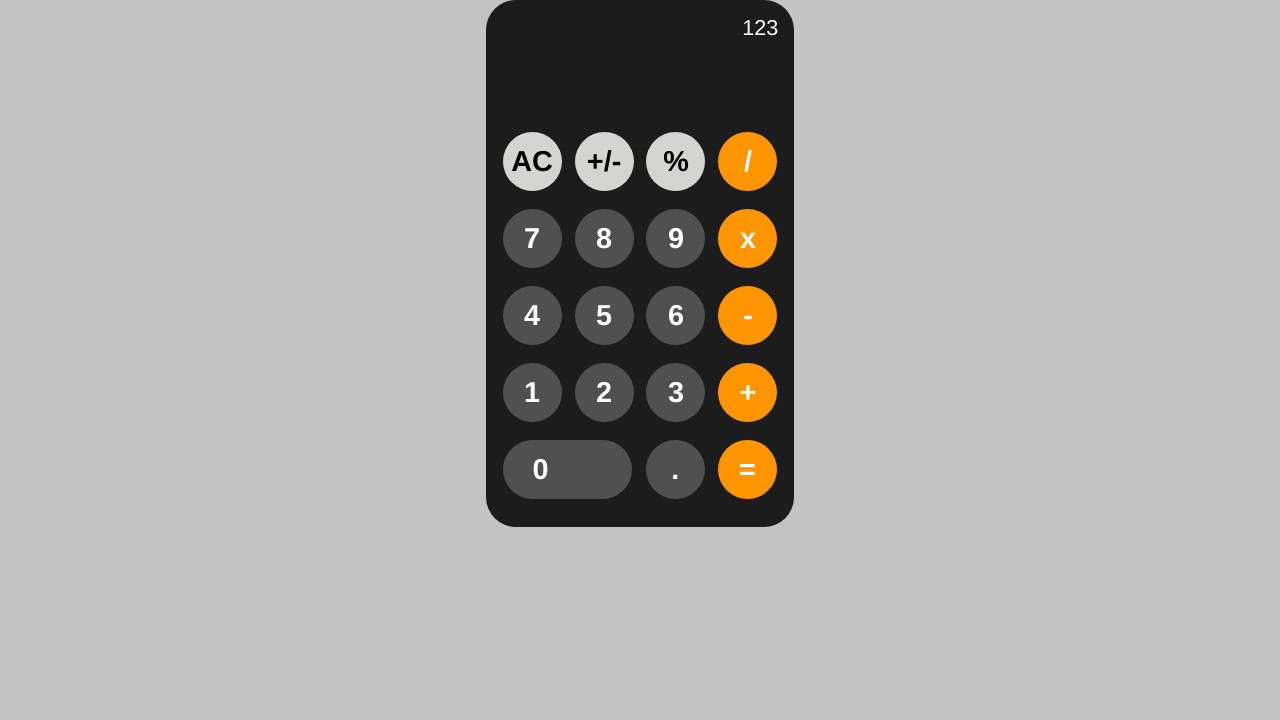
Repository: raulpenate/Calculadora-VUE3
Page: /
These files come from the project's save history. The page is drawn as it stood at one moment and after a run of saves; the edit follows.
The browser window is 1280 px wide. The pictures show the whole page.
The project was rebuilt for these pictures with package versions that can differ from the ones it lists, and the page was loaded fresh each time. Also part of the build but not shown: src/components/HelloWorld.vue.

Above is the page before, as saved 2022-03-11 11:28:54.

After the next 2 saves:
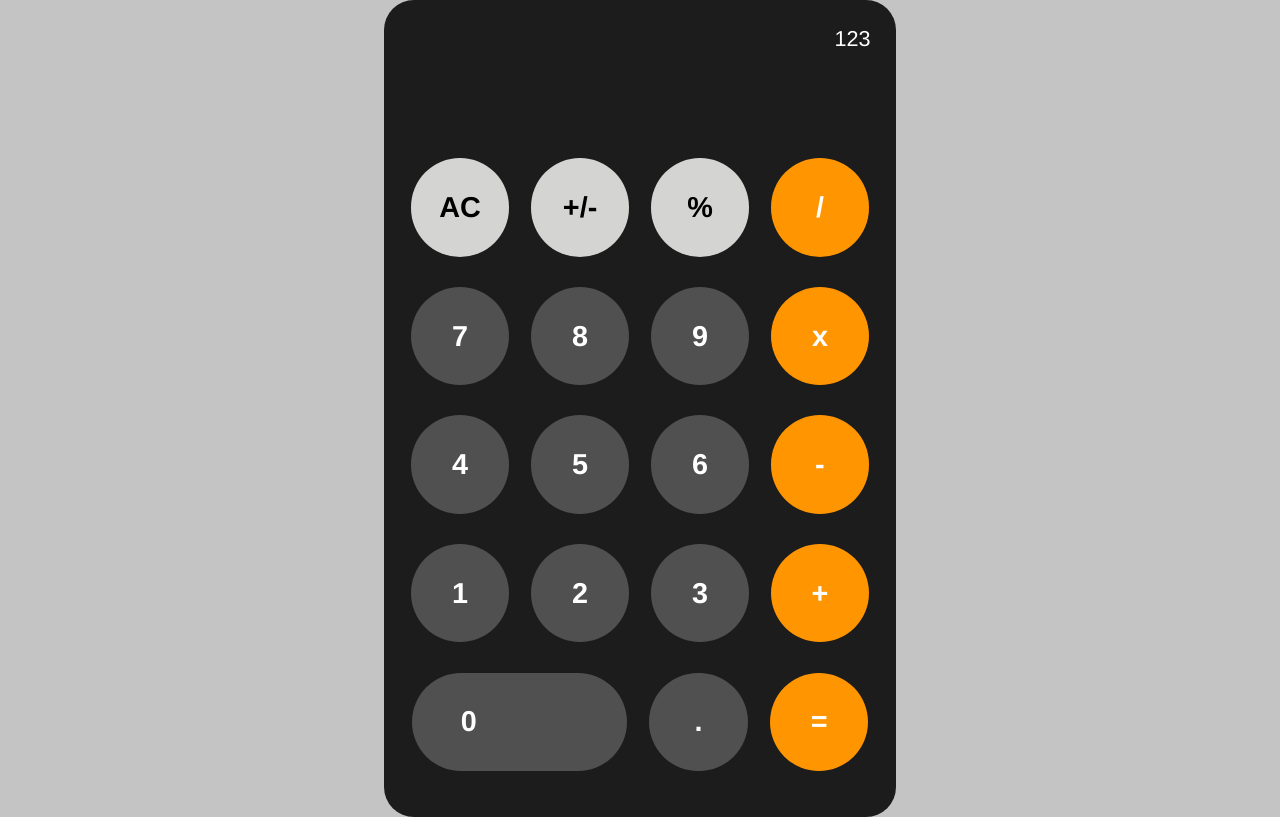
The 2 saves are shown as one change because they came seconds apart.
The last was saved 2 h 40 min later.
--- a/src/components/Calculator.vue
+++ b/src/components/Calculator.vue
@@ -49,7 +49,7 @@ export default {};
 
 body{
     background: #c4c4c4;
-    margin: auto 38%;
+    margin: auto 30%;
     display:flex;
     align-items: center;
     justify-content: center;
